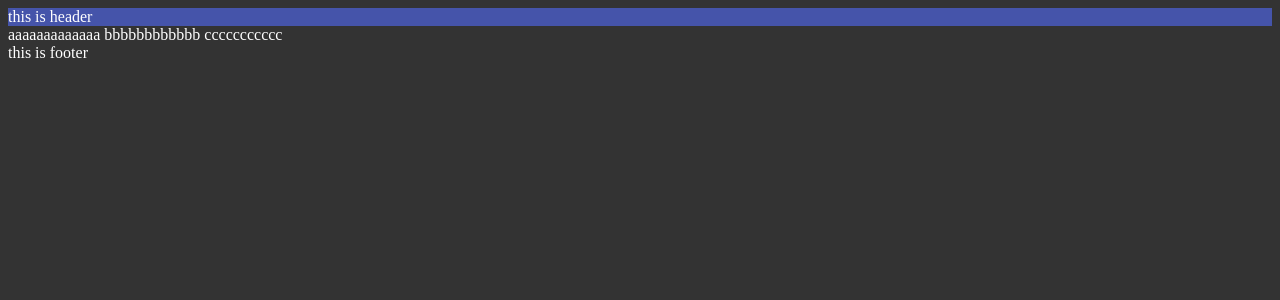
Repository: ksbsh27/multi_lingual
Page: index.html
These files come from the project's save history. The page is drawn as it stood at one moment and after a run of saves; the edit follows.
The browser window is 1280 px wide. The pictures show the whole page.
The style sheet was rebuilt from its Sass, Less or Tailwind sources for each picture, by a compiler version that may differ from the author's.

Above is the page before, as saved 2022-03-31 20:35:28.

After the next 2 saves:
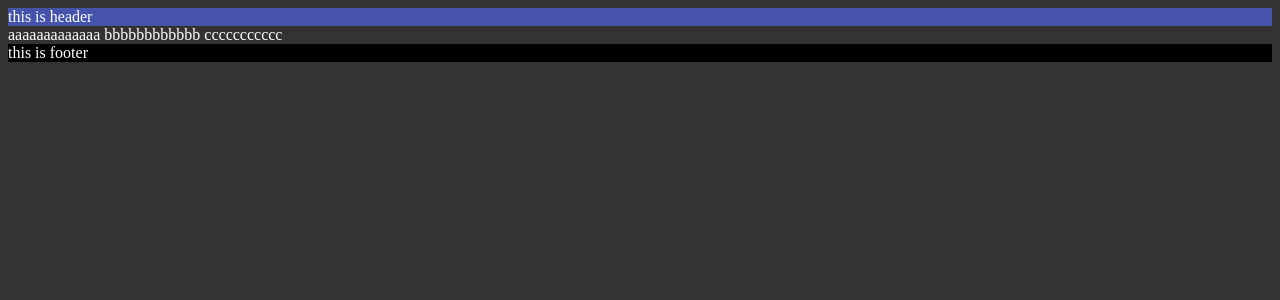
The 2 saves are shown as one change because they came seconds apart.
The last was saved 7 s later.
--- a/sass/style.scss
+++ b/sass/style.scss
@@ -1,5 +1,5 @@
 @import "./header.scss";
-@import "./header";
+@import "./footer.scss";
 body {
   color: #fff;
   background: #333;
